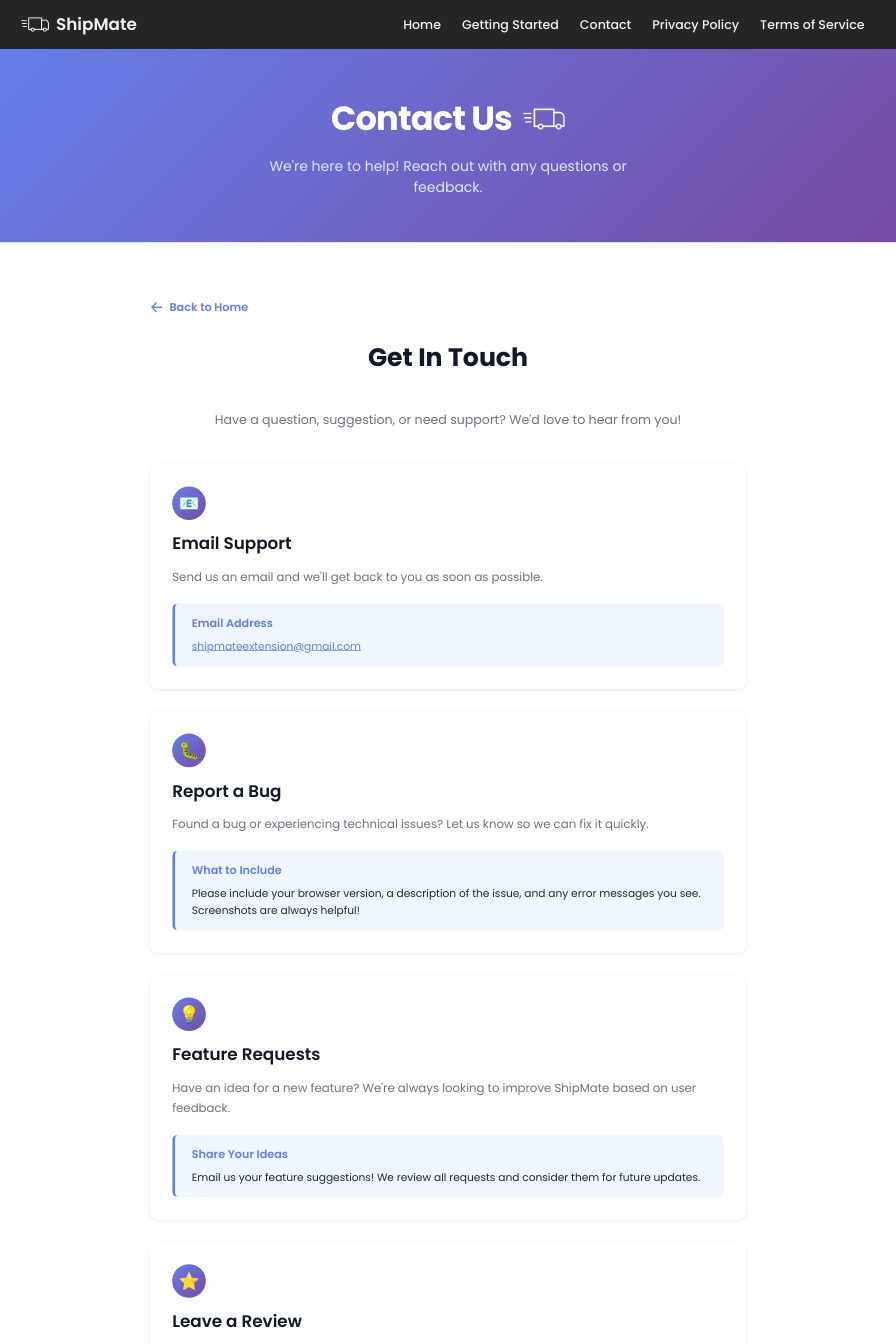
Repository: epeguero8311/shipmate-website
Page: contact.html
The author's editor kept a copy of each file at every save. The page is drawn from the files as they stood at one save, then again after the next save.
The browser window is 1280 px wide. The pictures show the part of the page from y = 0 to 1920 px (the page is 2715 px tall before and 2949 px after), at 70% of full size.

Above is the page before, as saved 2025-11-03 14:44:22.

### contact.html
<!DOCTYPE html>
<html lang="en">
<head>
  <meta charset="UTF-8" />
  <meta name="viewport" content="width=device-width, initial-scale=1.0" />
  <title>Contact Us - ShipMate</title>
  <meta name="description" content="Get in touch with the ShipMate team for support and inquiries." />
  <link rel="icon" href="assets/icons/icon.png" type="image/png" />
  <link href="https://fonts.googleapis.com/css2?family=Poppins:wght@200;300;400;500;600;700&display=swap" rel="stylesheet">
  <link rel="stylesheet" href="https://cdnjs.cloudflare.com/ajax/libs/font-awesome/5.15.3/css/all.min.css"/>
  <link rel="stylesheet" href="styles/styles.css" />
  <link rel="stylesheet" href="styles/help.css" />
</head>
<body>

  <!-- NAVIGATION -->
  <nav>
    <div class="wrapper">
      <div class="logo">
        <a href="index.html">
          <img src="assets/icons/icon.png" alt="ShipMate Logo" class="nav-logo-img" />
          ShipMate
        </a>
      </div>
      <input type="radio" name="slider" id="menu-btn">
      <input type="radio" name="slider" id="close-btn">
      <ul class="nav-links">
        <label for="close-btn" class="btn close-btn"><i class="fas fa-times"></i></label>
        <li><a href="index.html">Home</a></li>
        <li><a href="help.html">Getting Started</a></li>
        <li><a href="contact.html">Contact</a></li>
        <li><a href="privacy.html">Privacy Policy</a></li>
        <li><a href="terms.html">Terms of Service</a></li>
      </ul>
      <label for="menu-btn" class="btn menu-btn"><i class="fas fa-bars"></i></label>
    </div>
  </nav>

  <!-- HEADER -->
  <header class="header">
    <div class="header-container">
      <div class="header-logo-title">
        <h1 class="header-title">Contact Us</h1>
        <img src="assets/icons/icon.png" alt="ShipMate Logo" class="header-logo" />
      </div>
      <p class="header-subtitle">We're here to help! Reach out with any questions or feedback.</p>
    </div>
  </header>

  <!-- CONTACT CONTENT -->
  <section class="section">
    <div class="help-container">

      <a href="index.html" class="back-link">
        <svg width="20" height="20" viewBox="0 0 20 20" fill="currentColor">
          <path fill-rule="evenodd" d="M9.707 16.707a1 1 0 01-1.414 0l-6-6a1 1 0 010-1.414l6-6a1 1 0 011.414 1.414L5.414 9H17a1 1 0 110 2H5.414l4.293 4.293a1 1 0 010 1.414z" clip-rule="evenodd"/>
        </svg>
        Back to Home
      </a>

      <div class="help-header">
        <h2 class="section-title">Get In Touch</h2>
        <p class="help-intro">
          Have a question, suggestion, or need support? We'd love to hear from you!
        </p>
      </div>

      <!-- Contact Methods -->
      <div class="help-step fade-in">
        <div class="step-number">📧</div>
        <h3 class="step-title">Email Support</h3>
        <p class="step-description">
          Send us an email and we'll get back to you as soon as possible.
        </p>
        <div class="tip-box">
          <div class="tip-title">Email Address</div>
          <p class="tip-text">
            <a href="mailto:shipmateextension@gmail.com" style="color: #667eea; text-decoration: underline;">shipmateextension@gmail.com</a>
          </p>
        </div>
      </div>

      <div class="help-step fade-in">
        <div class="step-number">🐛</div>
        <h3 class="step-title">Report a Bug</h3>
        <p class="step-description">
          Found a bug or experiencing technical issues? Let us know so we can fix it quickly.
        </p>
        <div class="tip-box">
          <div class="tip-title">What to Include</div>
          <p class="tip-text">
            Please include your browser version, a description of the issue, and any error messages you see. Screenshots are always helpful!
          </p>
        </div>
      </div>

      <div class="help-step fade-in">
        <div class="step-number">💡</div>
        <h3 class="step-title">Feature Requests</h3>
        <p class="step-description">
          Have an idea for a new feature? We're always looking to improve ShipMate based on user feedback.
        </p>
        <div class="tip-box">
          <div class="tip-title">Share Your Ideas</div>
          <p class="tip-text">
            Email us your feature suggestions! We review all requests and consider them for future updates.
          </p>
        </div>
      </div>

      <div class="help-step fade-in">
        <div class="step-number">⭐</div>
        <h3 class="step-title">Leave a Review</h3>
        <p class="step-description">
          Love ShipMate? Consider leaving us a review on the Chrome Web Store. Your feedback helps us grow!
        </p>
        <div class="tip-box">
          <div class="tip-title">Review on Chrome Web Store</div>
          <p class="tip-text">
            <a href="https://chromewebstore.google.com/detail/shipmate-delivery-tracker/hbnidnckiggpllldjpolkijioglgdcma" target="_blank" style="color: #667eea; text-decoration: underline;">Write a Review</a>
          </p>
        </div>
      </div>

    </div>
  </section>

  <!-- QUICK LINKS -->
  <section class="section-alt">
    <div class="section-container help-support">
      <h2 class="section-title">Helpful Resources</h2>
      <p class="section-subtitle">
        Check out these resources for quick answers to common questions.
      </p>
      <div class="header-buttons">
        <a href="help.html" class="btn btn-primary">Getting Started Guide</a>
        <a href="privacy.html" class="btn2 btn2-primary">Privacy Policy</a>
        <a href="terms.html" class="btn2 btn2-primary">Terms of Service</a>
      </div>
    </div>
  </section>

  <!-- FOOTER -->
  <footer class="footer">
    <div class="footer-container">
      <p>
        &copy; 2025 ShipMate. All rights reserved. |
        <a href="terms.html" class="link">Terms</a> |
        <a href="privacy.html" class="link">Privacy</a> |
        <a href="help.html" class="link">Help</a> |
        Contact: shipmateextension@gmail.com
      </p>
    </div>
  </footer>

</body>
</html>

### styles/styles.css
@import url('https://fonts.googleapis.com/css2?family=Poppins:wght@200;300;400;500;600;700&display=swap');

/* ========================================
   GLOBAL & RESET
   ======================================== */
* {
  margin: 0;
  padding: 0;
  box-sizing: border-box;
}

html {
  scroll-behavior: smooth;
  -ms-overflow-style: none;
  scrollbar-width: none;
}

html::-webkit-scrollbar { display: none; }

body {
  background: linear-gradient(135deg, #667eea 0%, #764ba2 100%);
  margin: 0;
  font-family: 'Poppins', sans-serif;
  -webkit-font-smoothing: antialiased;
  color: #333;
  padding-top: 70px; /* Space for fixed nav */
}

/* ========================================
   NAVIGATION
   ======================================== */
nav{
  position: fixed;
  z-index: 99;
  width: 100%;
  top: 0;
  background: #242526;
}
nav .wrapper{
  position: relative;
  max-width: 1300px;
  padding: 0px 30px;
  height: 70px;
  line-height: 70px;
  margin: auto;
  display: flex;
  align-items: center;
  justify-content: space-between;
}
.wrapper .logo a{
  color: #f2f2f2;
  font-size: 24px;
  font-weight: 600;
  text-decoration: none;
  display: flex;
  align-items: center;
  gap: 10px;
}
.nav-logo-img{
  width: 40px;
  height: 40px;
  border-radius: 8px;
}
.wrapper .nav-links{
  display: inline-flex;
}
.nav-links li{
  list-style: none;
}
.nav-links li a{
  color: #f2f2f2;
  text-decoration: none;
  font-size: 18px;
  font-weight: 500;
  padding: 9px 15px;
  border-radius: 5px;
  transition: all 0.3s ease;
}
.nav-links li a:hover{
  background: #3A3B3C;
}
.nav-links .mobile-item{
  display: none;
}
.wrapper .btn{
  color: #fff;
  font-size: 20px;
  cursor: pointer;
  display: none;
}
.wrapper .btn.close-btn{
  position: absolute;
  right: 30px;
  top: 10px;
}

@media screen and (max-width: 970px) {
  .wrapper .btn{
    display: block;
  }
  .wrapper .nav-links{
    position: fixed;
    height: 100vh;
    width: 100%;
    max-width: 350px;
    top: 0;
    left: -100%;
    background: #242526;
    display: block;
    padding: 50px 10px;
    line-height: 50px;
    overflow-y: auto;
    box-shadow: 0px 15px 15px rgba(0,0,0,0.18);
    transition: all 0.3s ease;
  }
  /* custom scroll bar */
  ::-webkit-scrollbar {
    width: 10px;
  }
  ::-webkit-scrollbar-track {
    background: #242526;
  }
  ::-webkit-scrollbar-thumb {
    background: #3A3B3C;
  }
  #menu-btn:checked ~ .nav-links{
    left: 0%;
  }
  #menu-btn:checked ~ .btn.menu-btn{
    display: none;
  }
  #close-btn:checked ~ .btn.menu-btn{
    display: block;
  }
  .nav-links li{
    margin: 15px 10px;
  }
  .nav-links li a{
    padding: 0 20px;
    display: block;
    font-size: 20px;
  }
  .nav-links .desktop-item{
    display: none;
  }
  .nav-links .mobile-item{
    display: block;
    color: #f2f2f2;
    font-size: 20px;
    font-weight: 500;
    padding-left: 20px;
    cursor: pointer;
    border-radius: 5px;
    transition: all 0.3s ease;
  }
  .nav-links .mobile-item:hover{
    background: #3A3B3C;
  }
}
nav input{
  display: none;
}

/* ========================================
   HEADER
   ======================================== */
.header {
  background: linear-gradient(135deg, #667eea 0%, #764ba2 100%);
  color: white;
  padding: 4rem 0;
  text-align: center;
}

.header-container {
  max-width: 100%;
  padding: 0 1rem;
}

.header-logo-title {
  display: flex;
  align-items: center;
  justify-content: center;
  gap: 1rem;
  flex-wrap: wrap;
}

.header-logo {
  width: 60px;
  height: 60px;
  border-radius: 12px;
}

.header-title {
  font-size: 2.25rem;
  font-weight: 800;
  letter-spacing: -0.025em;
  animation: fadeIn 1s forwards;
}

@media (min-width: 768px) {
  .header-title { font-size: 3rem; }
}

.header-subtitle {
  margin-top: 1rem;
  font-size: 1.125rem;
  color: #DBEAFE;
  max-width: 32rem;
  margin-left: auto;
  margin-right: auto;
}

@media (min-width: 768px) {
  .header-subtitle { font-size: 1.25rem; }
}

/* ========================================
   BUTTONS
   ======================================== */
.header-buttons {
  display: flex;
  gap: 12px;
  justify-content: center;
  align-items: center;
  flex-wrap: wrap;
  margin-top: 20px;
}

/* Primary Button (White with blue text) */
.btn {
  display: inline-block;
  font-weight: 600;
  padding: 0.75rem 2rem;
  border-radius: 9999px;
  text-decoration: none;
  transition: all 0.3s ease;
  font-size: 1rem;
}

.btn-primary {
  background-color: white;
  color: #2563EB;
}

.btn-primary:hover {
  transform: scale(1.05);
  background-color: #EFF6FF;
  box-shadow: 0 4px 12px rgba(37, 99, 235, 0.2);
}

/* Secondary Buttons (CTA footer) */
.btn-secondary {
  background: transparent;
  color: #ffffff;
  border: 2px solid #ececec;
  padding: 0.75rem 2rem;
  border-radius: 9999px;
  font-weight: 600;
  font-size: 1rem;
  text-decoration: none;
}

.btn-secondary:hover {
  background: #667eea;
  color: white;
  transform: translateY(-2px);
  box-shadow: 0 4px 12px rgba(102, 126, 234, 0.3);
}

/* btn2-primary – Blue Border Button (Free vs Pro) */
.btn2 {
  display: inline-block;
  font-weight: 600;
  padding: 0.85rem 2.2rem;
  border-radius: 9999px;
  text-decoration: none;
  transition: all 0.3s ease;
  font-size: 1rem;
  border: 2.5px solid transparent;
}

.btn2-primary {
  background: white;
  color: #0051ff;
  border: 2.5px solid #0051ff;
  box-shadow: 0 2px 8px rgba(0, 81, 255, 0.15);
}

.btn2-primary:hover {
  background: #f0f5ff;
  border-color: #0044cc;
  transform: translateY(-2px) scale(1.03);
  box-shadow: 0 6px 16px rgba(0, 81, 255, 0.25);
}

/* ========================================
   SECTIONS
   ======================================== */
.section, .section-alt, .cta {
  padding: 5rem 0;
}

.section { background-color: white; }
.section-alt { background-color: #F9FAFB; }

.section-container, .cta-container {
  max-width: 100%;
  padding: 0 1rem;
  margin: 0 auto;
}

.section-title {
  font-size: 1.875rem;
  font-weight: 700;
  color: #111827;
  text-align: center;
  margin-bottom: 3rem;
  animation: fadeIn 1s forwards;
}

@media (min-width: 768px) {
  .section-title { font-size: 2.25rem; }
}

.section-subtitle {
  text-align: center;
  color: #6B7280;
  margin-bottom: 3rem;
  max-width: 48rem;
  margin-left: auto;
  margin-right: auto;
  font-size: 1.125rem;
}

/* ========================================
   GRID & CARDS
   ======================================== */
.grid {
  display: grid;
  gap: 2rem;
  padding: 0 1rem;
}

@media (min-width: 768px) {
  .grid { grid-template-columns: repeat(3, 1fr); }
}

.grid-screenshots {
  display: grid;
  gap: 2rem;
  padding: 0 1rem;
}

@media (min-width: 768px) {
  .grid-screenshots { grid-template-columns: repeat(3, 1fr); }
}

@media (max-width: 767px) {
  .grid-screenshots { grid-template-columns: 1fr; }
}

.card {
  text-align: center;
  padding: 1.5rem;
  background-color: #F9FAFB;
  border-radius: 0.5rem;
  box-shadow: 0 1px 3px rgba(0, 0, 0, 0.1);
  transition: transform 0.3s ease;
}

.card:hover { transform: scale(1.05); }

.card-title {
  font-size: 1.25rem;
  font-weight: 600;
  color: #1F2937;
  margin: 1rem 0 0.5rem;
}

.card-text { color: #6B7280; }

.screenshot-img {
  width: 300px;
  height: auto;
  border-radius: 0.5rem;
  margin-bottom: 1rem;
  border: 3px solid transparent;
  padding: 4px;
  box-sizing: border-box;
}

/* ========================================
   TABLE
   ======================================== */
.table-wrapper {
  overflow-x: auto;
  padding: 0 1rem;
  margin: 2rem 0;
}

.table {
  width: 100%;
  max-width: 64rem;
  margin: 0 auto;
  background-color: white;
  border-radius: 0.5rem;
  box-shadow: 0 1px 3px rgba(0, 0, 0, 0.1);
  border-collapse: collapse;
}

.table-header {
  background: linear-gradient(135deg, #667eea 0%, #764ba2 100%);
  color: white;
}

.table th, .table td {
  padding: 1.2rem 1.5rem;
  text-align: center;
  font-size: 0.925rem;
  font-weight: 500;
}

.table th { text-align: left; }

.table tbody tr:nth-child(even) {
  background-color: #f9fafc;
}

.table tbody tr:hover {
  background-color: #f1f5f9;
}

/* ========================================
   CTA & FOOTER
   ======================================== */
.cta {
  background: linear-gradient(135deg, #667eea 0%, #764ba2 100%);
  color: white;
  text-align: center;
}

.cta .section-title { color: white; }
.cta .section-subtitle { color: #DBEAFE; }

.footer {
  background-color: #111827;
  color: white;
  text-align: center;
  padding: 2rem 1rem;
  font-size: 0.9rem;
}

.footer-container { max-width: 100%; padding: 0 1rem; }

.link {
  color: #D1D5DB;
  text-decoration: underline;
}

.link:hover { color: white; }

/* ========================================
   ANIMATIONS
   ======================================== */
.fade-in {
  opacity: 0;
  animation: fadeIn 1s forwards;
}

@keyframes fadeIn {
  to { opacity: 1; }
}

### styles/help.css
/* ========================================
   HELP PAGE STYLES
   ======================================== */

/* Help Container */
.help-container {
  max-width: 900px;
  margin: 0 auto;
  padding: 0 1.5rem;
}

/* Help Header */
.help-header {
  text-align: center;
  margin-bottom: 3rem;
}

.help-intro {
  font-size: 1.125rem;
  color: #6B7280;
  max-width: 700px;
  margin: 1rem auto 0;
  line-height: 1.6;
}

/* Back Link */
.back-link {
  display: inline-flex;
  align-items: center;
  color: #667eea;
  text-decoration: none;
  font-weight: 600;
  margin-bottom: 2rem;
  transition: color 0.3s ease;
}

.back-link:hover {
  color: #764ba2;
}

.back-link svg {
  margin-right: 0.5rem;
}

/* Help Steps */
.help-step {
  background: white;
  border-radius: 12px;
  padding: 2rem;
  margin-bottom: 2rem;
  box-shadow: 0 2px 8px rgba(0, 0, 0, 0.08);
  transition: transform 0.3s ease, box-shadow 0.3s ease;
}

.help-step:hover {
  transform: translateY(-4px);
  box-shadow: 0 4px 16px rgba(102, 126, 234, 0.15);
}

/* Step Number */
.step-number {
  display: inline-flex;
  align-items: center;
  justify-content: center;
  width: 48px;
  height: 48px;
  background: linear-gradient(135deg, #667eea 0%, #764ba2 100%);
  color: white;
  border-radius: 50%;
  font-size: 1.5rem;
  font-weight: 700;
  margin-bottom: 1rem;
}

/* Step Content */
.step-title {
  font-size: 1.5rem;
  font-weight: 600;
  color: #111827;
  margin-bottom: 1rem;
}

.step-description {
  color: #6B7280;
  font-size: 1.05rem;
  line-height: 1.7;
  margin-bottom: 1.5rem;
}

/* Step Images */
.step-image {
  width: 100%;
  max-width: 600px;
  height: auto;
  border-radius: 8px;
  border: 2px solid #E5E7EB;
  margin-top: 1rem;
  display: block;
}

/* Tip Box */
.tip-box {
  background: #EFF6FF;
  border-left: 4px solid #667eea;
  padding: 1rem 1.5rem;
  border-radius: 8px;
  margin-top: 1.5rem;
}

.tip-title {
  font-weight: 600;
  color: #667eea;
  margin-bottom: 0.5rem;
}

.tip-text {
  color: #1F2937;
  font-size: 0.95rem;
  line-height: 1.6;
}

/* Help Support Section */
.help-support {
  text-align: center;
}

/* ========================================
   RESPONSIVE DESIGN
   ======================================== */

/* Tablet and below */
@media (max-width: 768px) {
  .help-container {
    padding: 0 1rem;
  }

  .help-step {
    padding: 1.5rem;
  }

  .step-title {
    font-size: 1.25rem;
  }

  .step-description {
    font-size: 1rem;
  }

  .step-number {
    width: 40px;
    height: 40px;
    font-size: 1.25rem;
  }

  .help-intro {
    font-size: 1rem;
  }
}

/* Mobile */
@media (max-width: 480px) {
  .help-step {
    padding: 1.25rem;
  }

  .step-title {
    font-size: 1.125rem;
  }

  .step-description {
    font-size: 0.95rem;
  }

  .tip-box {
    padding: 0.875rem 1.25rem;
  }

  .tip-text {
    font-size: 0.875rem;
  }
}

After the next save:
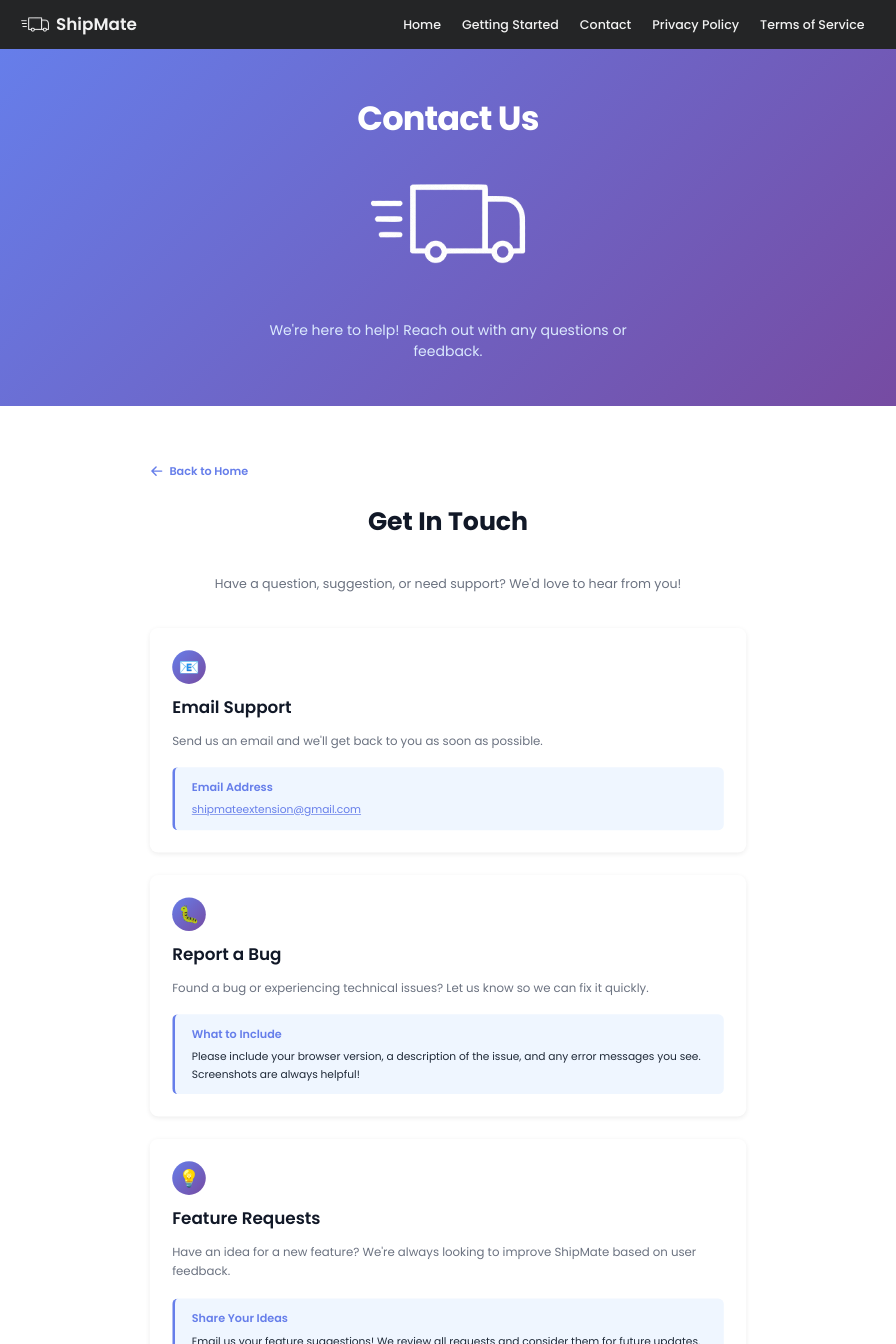
Saved 51 s later.
--- a/contact.html
+++ b/contact.html
@@ -39,9 +39,9 @@
   <!-- HEADER -->
   <header class="header">
     <div class="header-container">
-      <div class="header-logo-title">
+      <div class="icon.png-title">
         <h1 class="header-title">Contact Us</h1>
-        <img src="assets/icons/icon.png" alt="ShipMate Logo" class="header-logo" />
+        <img src="assets/icons/icon.png" alt="ShipMate Logo" class="icon.png" />
       </div>
       <p class="header-subtitle">We're here to help! Reach out with any questions or feedback.</p>
     </div>
--- a/styles/styles.css
+++ b/styles/styles.css
@@ -176,7 +176,7 @@
   padding: 0 1rem;
 }
 
-.header-logo-title {
+.icon.png-title {
   display: flex;
   align-items: center;
   justify-content: center;
@@ -184,7 +184,7 @@
   flex-wrap: wrap;
 }
 
-.header-logo {
+.icon.png {
   width: 60px;
   height: 60px;
   border-radius: 12px;

After the save that followed:
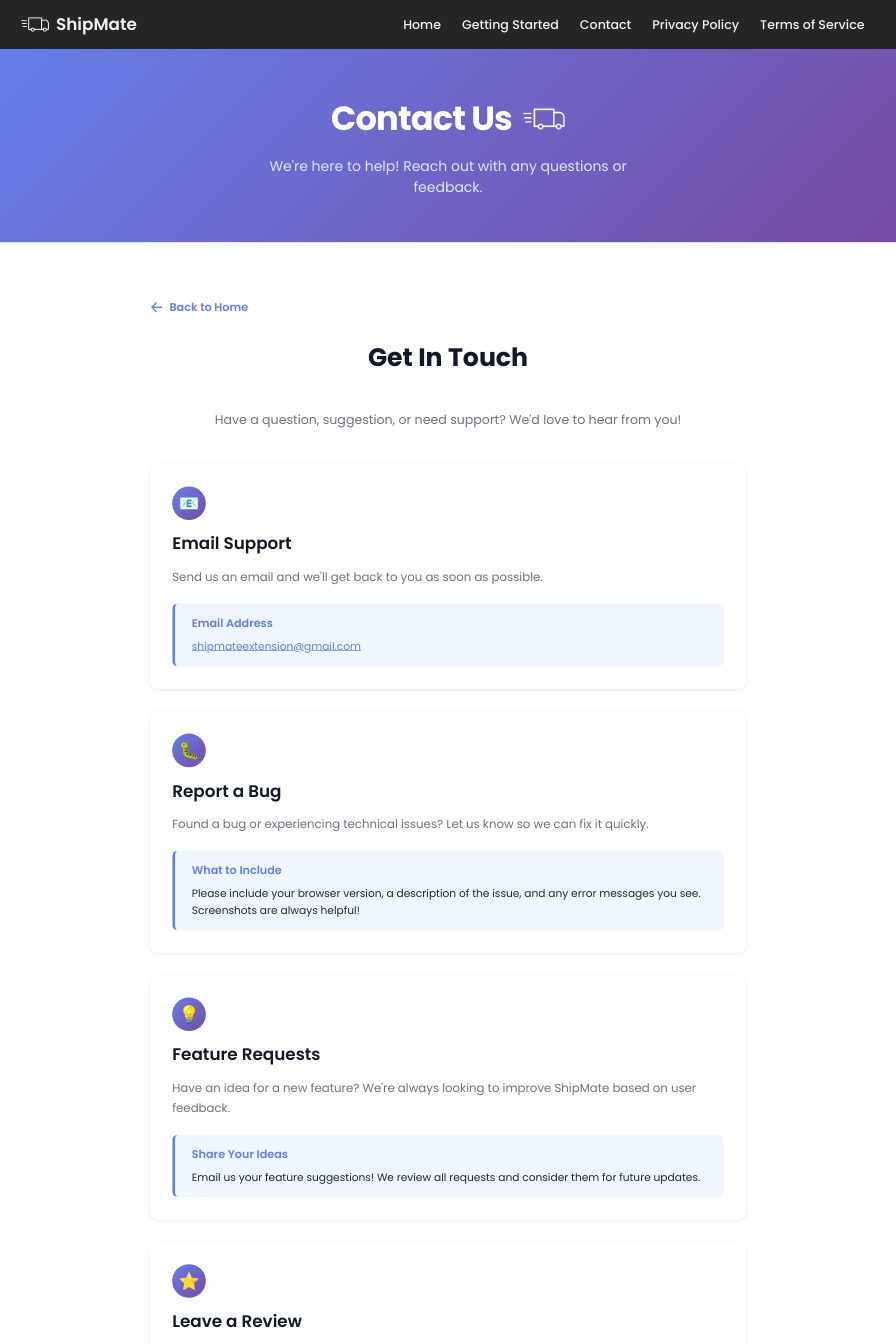
Saved 81 s later.
--- a/contact.html
+++ b/contact.html
@@ -39,9 +39,9 @@
   <!-- HEADER -->
   <header class="header">
     <div class="header-container">
-      <div class="icon.png-title">
+      <div class="header-logo-title">
         <h1 class="header-title">Contact Us</h1>
-        <img src="assets/icons/icon.png" alt="ShipMate Logo" class="icon.png" />
+        <img src="assets/icons/icon.png" alt="ShipMate Logo" class="header-logo" />
       </div>
       <p class="header-subtitle">We're here to help! Reach out with any questions or feedback.</p>
     </div>
--- a/styles/styles.css
+++ b/styles/styles.css
@@ -176,7 +176,7 @@
   padding: 0 1rem;
 }
 
-.icon.png-title {
+.header-logo-title {
   display: flex;
   align-items: center;
   justify-content: center;
@@ -184,7 +184,7 @@
   flex-wrap: wrap;
 }
 
-.icon.png {
+.header-logo {
   width: 60px;
   height: 60px;
   border-radius: 12px;
